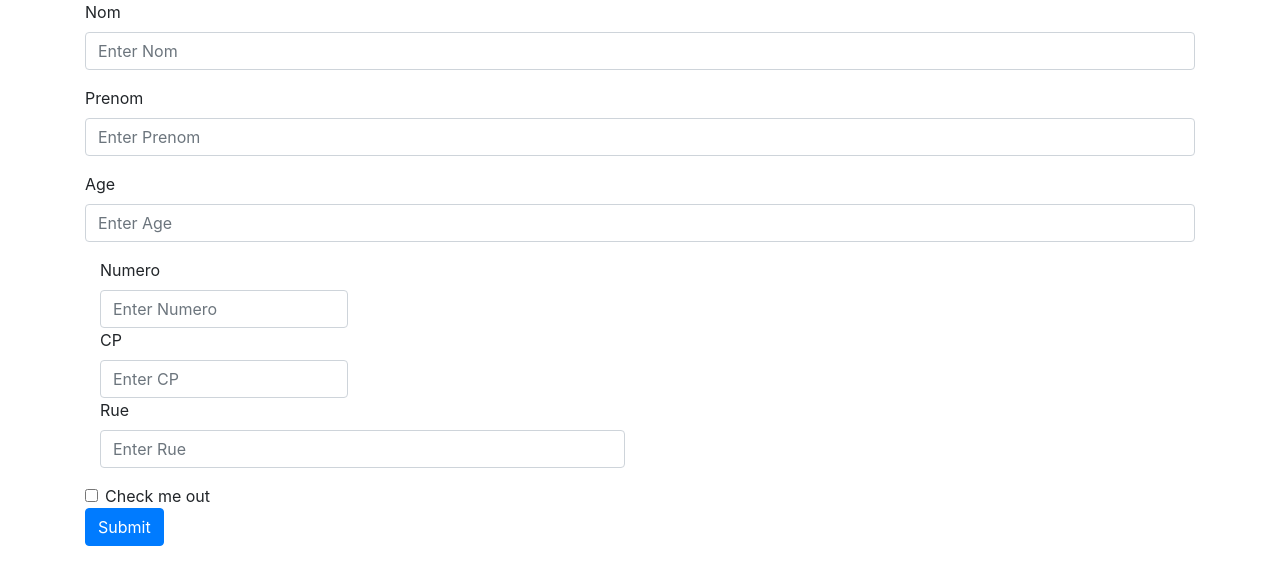
Repository: MacCampers/java-stuff
Page: http://localhost/ProjetResto/
An editor plug-in stored every save of this project. The page is shown before and after the next save, followed by the edit.
The browser window is 1280 px wide. The pictures show the whole page.
The page is served by Tomcat 9. Nobody is signed in. The application's start-up code is not run.

Above is the page before, as saved 2020-02-14 14:03:01.

After the next save:
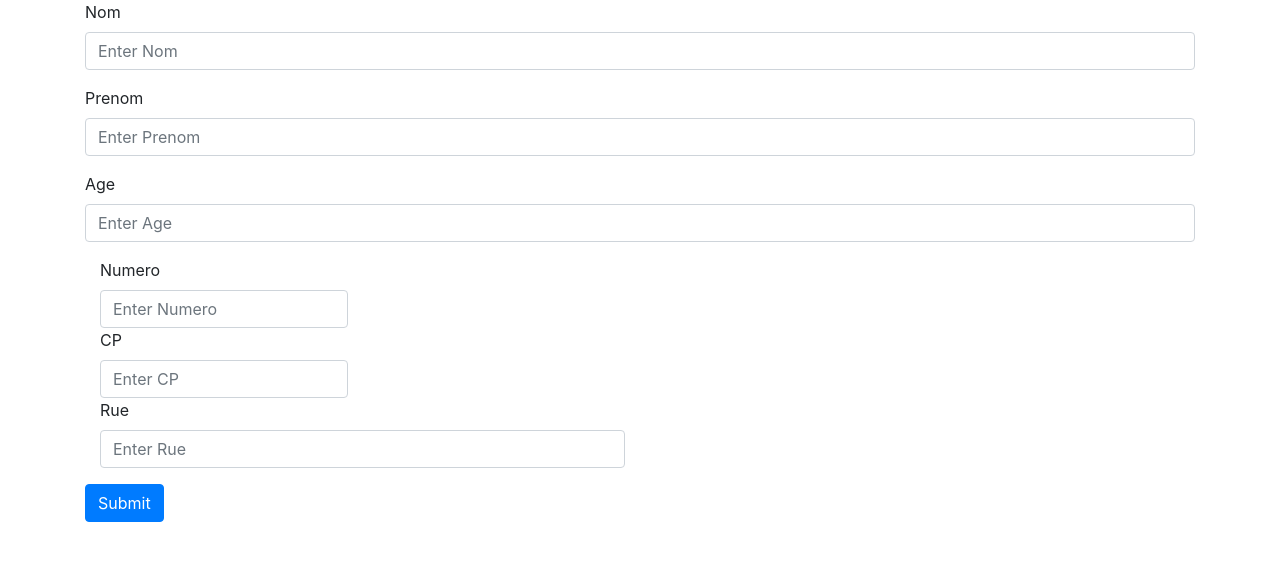
Saved 38 s later.
--- a/workspaceJSP/ProjetResto/src/main/webapp/index.jsp
+++ b/workspaceJSP/ProjetResto/src/main/webapp/index.jsp
@@ -51,11 +51,6 @@
 
 					</div>
 
-					<div class="form-check">
-						<input type="checkbox" class="form-check-input" id="exampleCheck1">
-						<label class="form-check-label" for="exampleCheck1">Check
-							me out</label>
-					</div>
 					<button type="submit" class="btn btn-primary">Submit</button>
 				</form>
 			</div>
